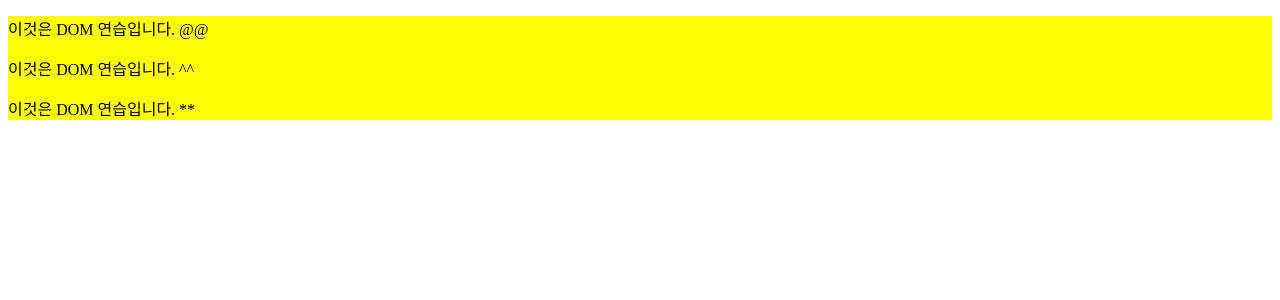
Repository: ady0099/webstudy
Page: 03_javascript/src/main/webapp/day03/ex10_DOM.html
These files come from the project's save history. The page is drawn as it stood at one moment and after the next save; the edit follows.
The browser window is 1280 px wide. The pictures show the whole page.

Above is the page before, as saved 2023-06-29 06:37:05.
Console error (its wording comes from the project's code and is left out).

After the next save:
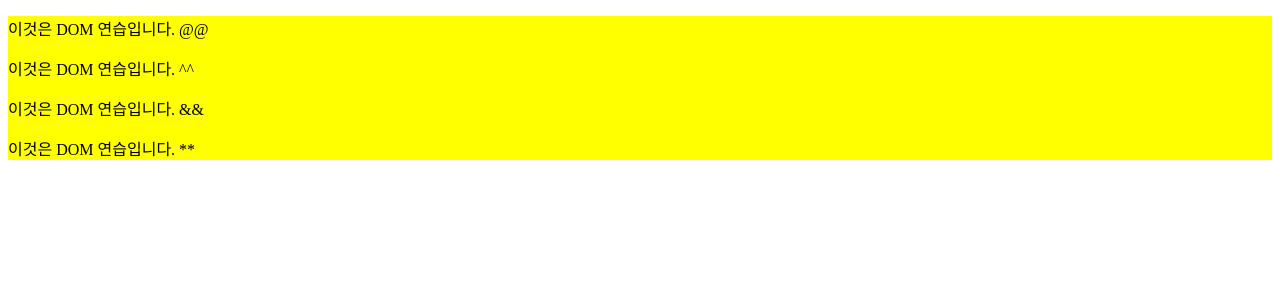
The error is gone.
Saved 35 s later.
--- a/03_javascript/src/main/webapp/day03/ex10_DOM.html
+++ b/03_javascript/src/main/webapp/day03/ex10_DOM.html
@@ -37,7 +37,7 @@
 			var p2_txt = document.createTextNode("이것은 DOM 연습입니다. &&");
 			p2.appendChild(p2_txt);
 
-			div.insertBefore(p, p2);
+			div.insertBefore(p2, p);
 		</script>
 	</body>
 </html>
